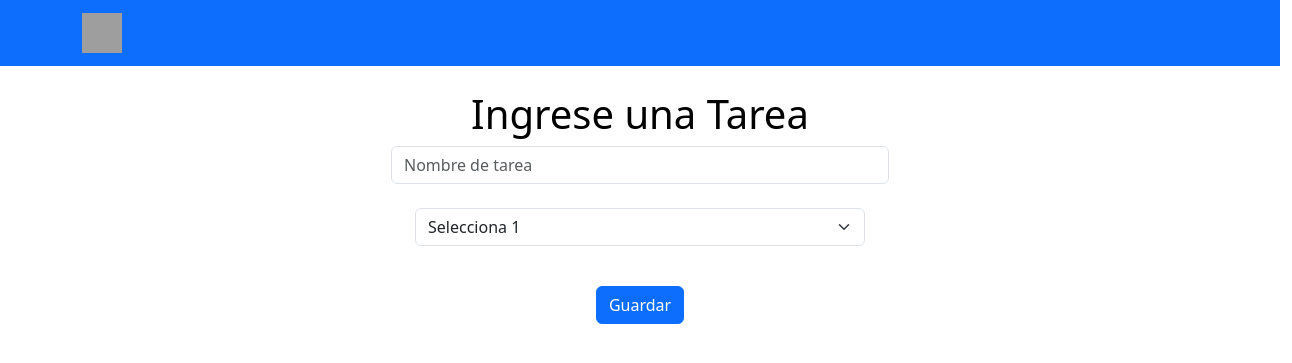
Repository: mgarrido0gb/registroTareas
Page: http://localhost/Tareas/Home
The author's editor kept a copy of each file at every save. The page is drawn from the files as they stood at one save, then again after the next save.
The browser window is 1280 px wide. The page is 1292 px wide, so the pictures cover 1292 px, including what lies to the right of the window. The pictures show the whole page.
Pictures or frames that could not be fetched are drawn as grey boxes. The page is served by Tomcat 10. Queries for data that is not in the repository find no rows.

Above is the page before, as saved 2024-05-21 20:49:07.

After the next save:
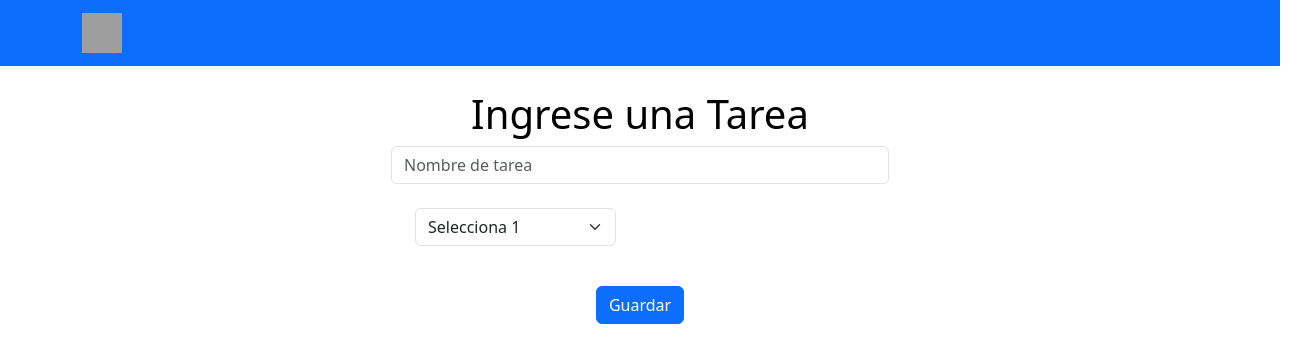
Saved 28 s later.
--- a/Tareas/src/main/webapp/WEB-INF/home.jsp
+++ b/Tareas/src/main/webapp/WEB-INF/home.jsp
@@ -50,7 +50,7 @@
                     	<div class="form-group">
                         	<input class="form-control" placeholder="Nombre de tarea" name="texto" type="text" required>
                     	</div>
-                    	<div class="p-4">
+                    	<div class="p-4 col-md-6">
               				<select class="form-select" name="categoria_id" required>
                 				<option selected value>Selecciona 1</option>
                 					<% for (Categoria c: cats) { %>
